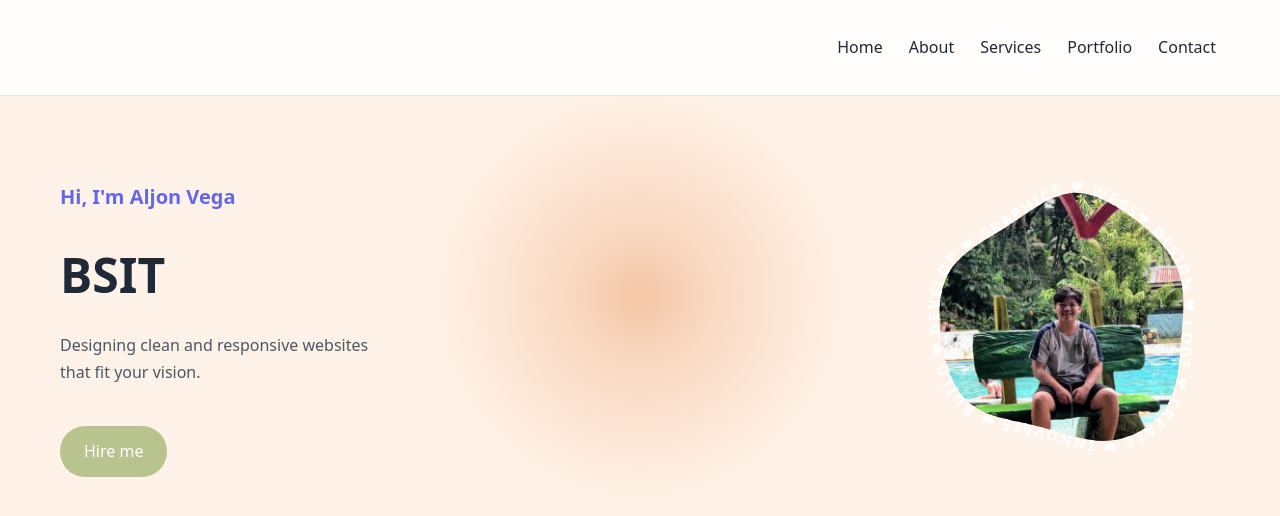
Repository: aljonvega18/Portfolio
Page: index.html
These files come from the project's save history. The page is drawn as it stood at one moment and after the next save; the edit follows.
The browser window is 1280 px wide. The pictures show the whole page.

Above is the page before, as saved 2026-02-02 17:04:12.

After the next save:
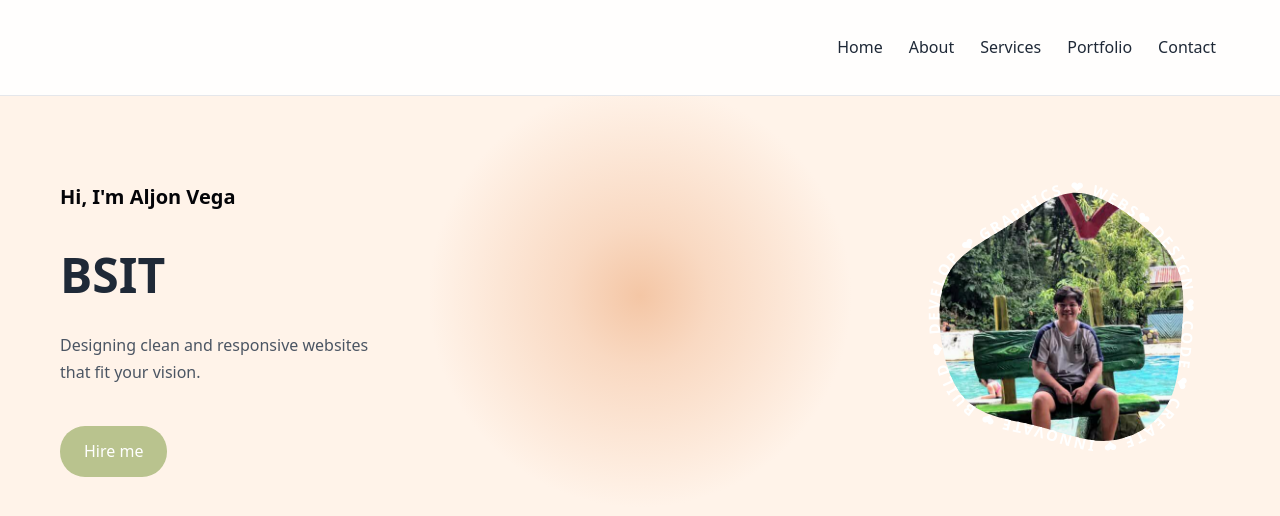
Saved 29 s later.
--- a/style.css
+++ b/style.css
@@ -87,7 +87,7 @@ nav a:hover::after {
 }
 
 .hero-content h3 {
-    color: #6366f1;
+    color: #040408;
     font-size: 18px;
 }
 
